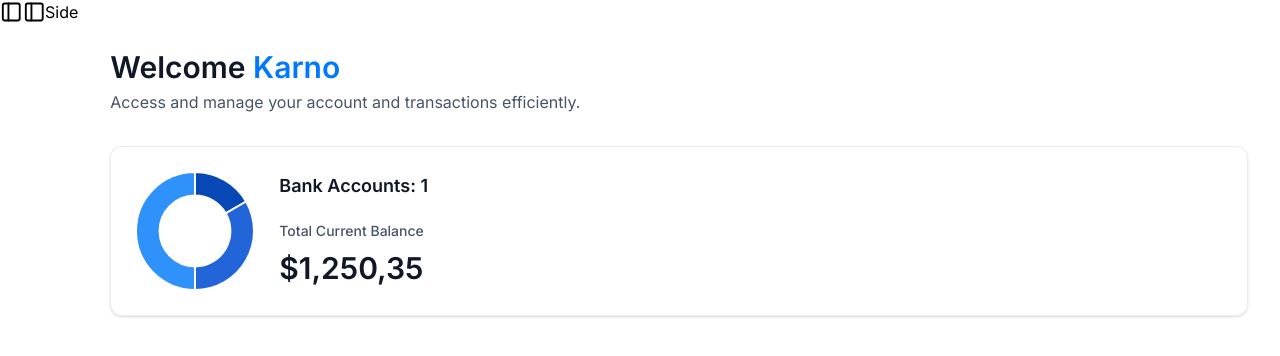
Repository: KarnoSarker/Banking
Page: /
An editor plug-in stored every save of this project. The page is shown before and after the next save, followed by the edit.
The browser window is 1280 px wide. The pictures show the whole page.
The project was rebuilt for these pictures with package versions that can differ from the ones it lists, and the page was loaded fresh each time. The framework's server and built-in components were replaced by stand-ins that run in the browser. Also part of the build but not shown: next.config.mjs.

Above is the page before, as saved 2024-05-14 20:18:07.

After the next save:
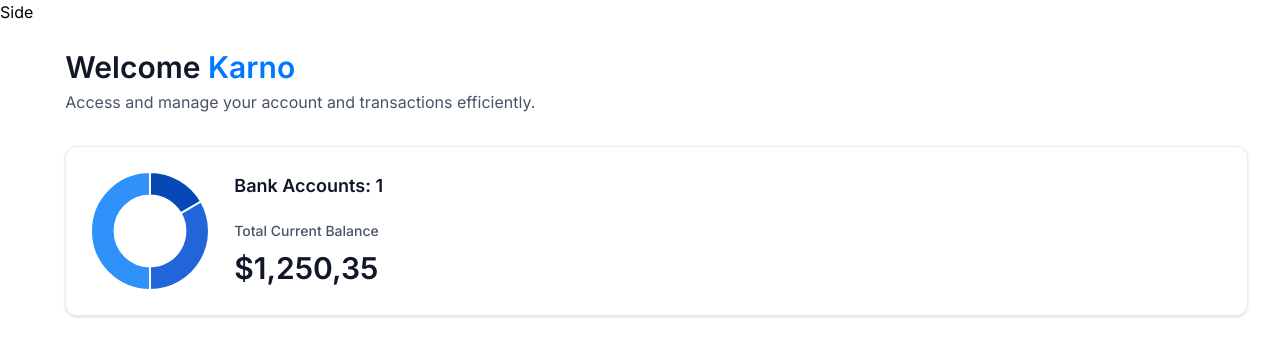
Saved 13 s later.
--- a/app/(root)/layout.tsx
+++ b/app/(root)/layout.tsx
@@ -8,8 +8,6 @@ export default function RootLayout({
   const loggedIn = { firstName: 'Karno', lastName: 'Sarker' };
   return (
     <main className='flex h-screen w-full font-inter'>
-      <Sidebar />
-      <Sidebar />
       Side
       {children}
     </main>
